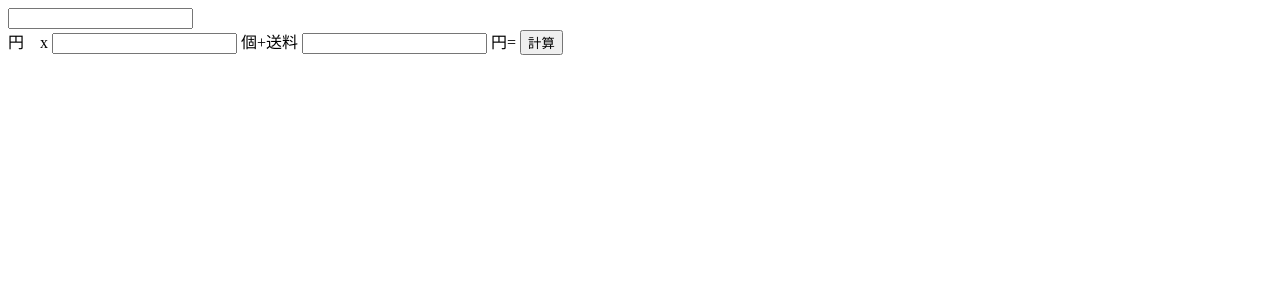
Repository: ishioka-1129/test
Page: http://localhost/HelloJSP/
These files come from the project's save history. The page is drawn as it stood at one moment and after the next save; the edit follows.
The browser window is 1280 px wide. The pictures show the whole page.
The page is served by Tomcat 9.

Above is the page before, as saved 2018-05-30 04:34:30.

After the next save:
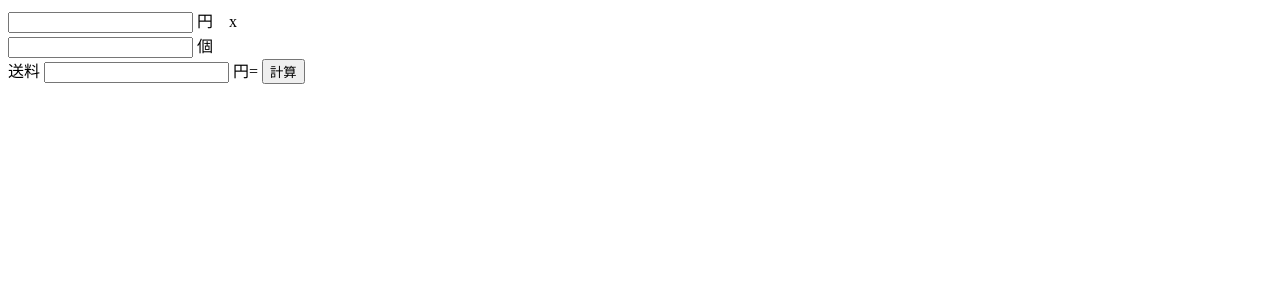
Saved 62 s later.
--- a/HelloJSP/WebContent/index.jsp
+++ b/HelloJSP/WebContent/index.jsp
@@ -8,10 +8,10 @@
 </head>
 <body>
 <form method="post" action="total-out.jsp">
-<input type="text"name="price"><br>
-円　x
+<input type="text"name="price">
+円　x<br>
 <input type="text"name="count">
-個+送料
+個<br>送料
 <input type="text"name="delivery">
 円=
 <input type="submit"value="計算">
